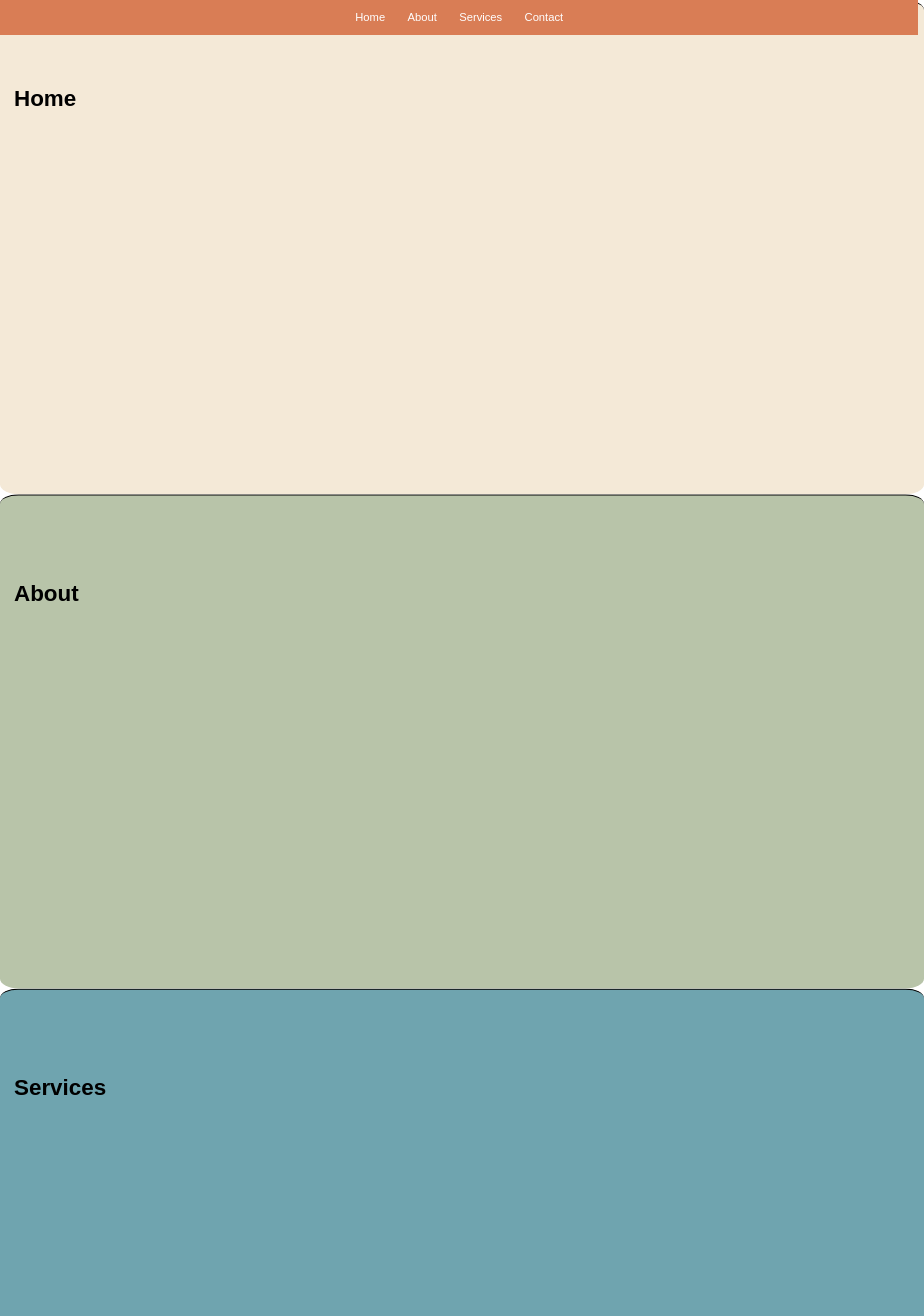
Repository: danichimescu/tema_unu_
Page: index.html
The author's editor kept a copy of each file at every save. The page is drawn from the files as they stood at one save, then again after the next save.
The browser window is 1280 px wide. The page is 1320 px wide, so the pictures cover 1320 px, including what lies to the right of the window. The pictures show the part of the page from y = 0 to 1880 px (the page is 2824 px tall), at 70% of full size.

Above is the page before, as saved 2025-10-06 02:00:15.

### index.html
<!DOCTYPE html>
<html lang="en">
<head>
  <meta charset="UTF-8">
  <meta name="viewport" content="width=device-width, initial-scale=1.0">
  <title>Document</title>
</head>
<body>

</body>
</html>

<!DOCTYPE html>
<html lang="en">
<head>
  <meta charset="UTF-8" />
  <meta name="viewport" content="width=device-width, initial-scale=1.0" />
  <title>Sovis Print</title>
  <script src="main.js" defer></script>
  <link rel="stylesheet" href="style.css" />
</head>

<body>

  <nav>
    <a href="#home">Home</a>
    <a href="#about">About</a>
    <a href="#services">Services</a>
    <a href="#contact">Contact</a>
  </nav>

  <div id="home" class="section">
    <h1>Home</h1>
  </div>
  <div id="about" class="section">
    <h1>About</h1>
  </div>
  <div id="services" class="section">
    <h1>Services</h1>
  </div>
  <div id="contact" class="section">
    <h1>Contact</h1>
  </div>

</body>

</html>

### style.css
/* ce e html? */
/* https://www.w3schools.com/cssref/pr_scroll-behavior.php#:~:text=This%20is%20default-,smooth,property%20to%20its%20default%20value. */

html {
    scroll-behavior: smooth;
}

body {
    font-family: sans-serif;
    margin: 0;
}

nav {
    position: fixed;
    top: 0;
    width: 100%;
    background: #D97D55;
    padding: 1rem;
    display: flex;
    justify-content: center;
    gap: 2rem;
}

nav a {
    color: white;
    text-decoration: none;
}

.section {
    padding: 100px 20px;
    /* margin-top: 60px; */
    height: 70vh;
    border-top: 2px solid black;
    width: 100%;
    border-radius: 2%;
}

#home {
    background: #F4E9D7;
}

#about {
    background: #B8C4A9;
}

#services {
    background: #6FA4AF;
}

#contact {
    background: #B18C6C;
}

Loaded but not shown: main.js (no stored copy; drawn as an empty file)

After the next save:
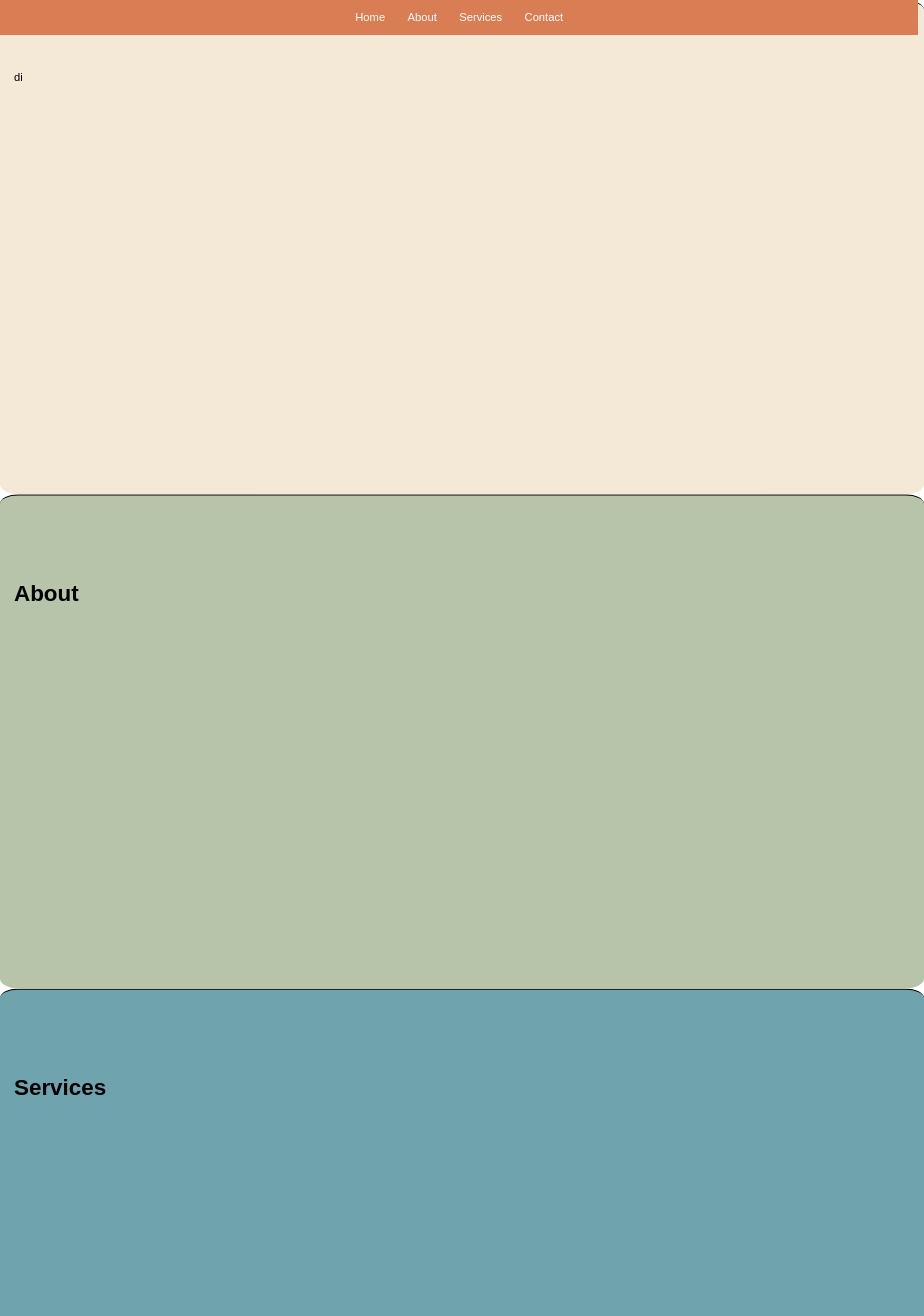
Saved 79 s later.
--- a/index.html
+++ b/index.html
@@ -30,7 +30,7 @@
   </nav>
 
   <div id="home" class="section">
-    <h1>Home</h1>
+    di
   </div>
   <div id="about" class="section">
     <h1>About</h1>
